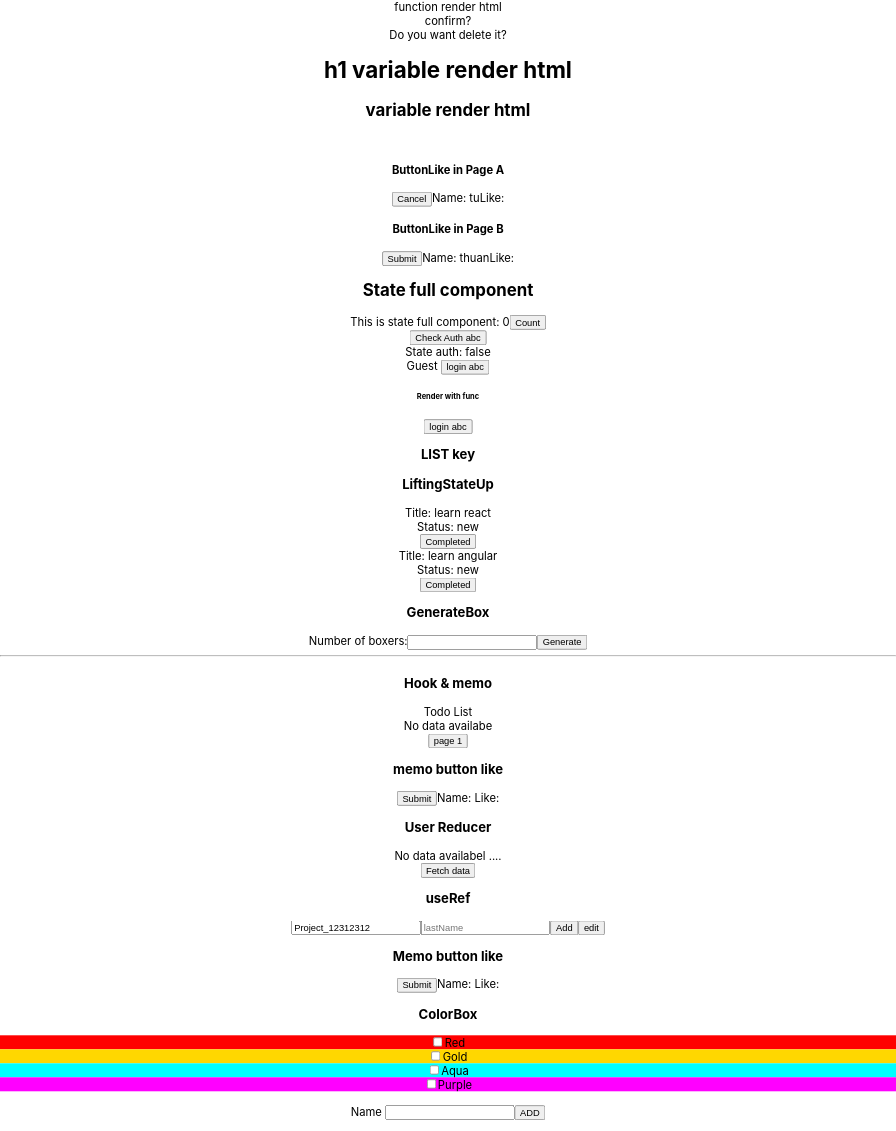
Repository: HoangTu18/reactjs-exercise
Page: /
The author's editor kept a copy of each file at every save. The page is drawn from the files as they stood at one save, then again after the next save.
The browser window is 1280 px wide. The pictures show the part of the page from y = 0 to 1920 px (the page is 1616 px tall before and 5048 px after), at 70% of full size.
The page's requests for data from a server got no answer. The project was rebuilt for these pictures with package versions that can differ from the ones it lists, and the page was loaded fresh each time. No one was signed in, and anything a server would have sent is missing. Also part of the build but not shown: src/pages/StateObject.jsx, src/components/GenerateBox/GenerateBoxItem.jsx.

Above is the page before, as saved 2022-06-15 15:35:16.

### src/App.js
import "./App.css";
import ButtonLike from "./components/ButtonLike";
import TitleSimple from "./components/TitleSimple";
import StateFullComponent from "./components/StateFullComponent";
import StateObject from "./pages/StateObject";
import ConditionalRender from "./pages/conditionalRender";
import LiftingStateUp from "./exercise/LiftingStateUp";
import GenerateBox from "./exercise/GenerateBox";
import Hook from "./pages/Hook";
import UserReduer from "./pages/UserReduer";
import UseRef from "./components/useRef";
import MoviesForm from "./components/movieForm";
import ColorBox from "./exercise/ColorBox/ColorBox";

function App() {
  const isLoading = true;
  // varible render html
  const ele1 = (
    <div>
      <h1>h1 variable render html</h1>
      <h2> variable render html</h2>
    </div>
  );
  return (
    <div className="App">
      <div>function render html</div>
      {isLoading ? <TitleSimple /> : "123"}
      {ele1}
      <br />
      <h4> ButtonLike in Page A</h4>
      <ButtonLike
        text="Cancel"
        type="button"
        className="buttonA"
        onClick={() => {
          console.log("buttonA");
        }}
        name="tu"
      />
      <h4> ButtonLike in Page B</h4>
      <ButtonLike
        type="submit"
        className="buttonB"
        onClick={() => {
          console.log("buttonB");
        }}
        name="thuan"
      />
      <h2>State full component</h2>
      <StateFullComponent />
      {/* <StateObject />
       */}
      <ConditionalRender />
      <h3>LiftingStateUp</h3>
      <LiftingStateUp />
      <h3>GenerateBox</h3>
      <GenerateBox />
      <h3>Hook & memo</h3>
      <Hook />
      <h3>User Reducer</h3>
      <UserReduer />
      <h3>useRef</h3>
      <UseRef />
      <h3>Memo button like</h3>
      <ButtonLike />
      <h3>ColorBox</h3>
      <ColorBox />
      <h3 />
      <MoviesForm />
    </div>
  );
}

export default App;

### src/components/ButtonLike.jsx
import React from "react";

ButtonLike.propTypes = {};

function ButtonLike({ text = "Submit", name, todoItem, like, ...props }) {
  return (
    <div className="container">
      <button {...props}>{text}</button>
      Name: {name}
      {todoItem && (
        <div>
          <h6>Todo item</h6>
          Todo title: {todoItem?.title}
          Todo price: {todoItem?.price}
        </div>
      )}
      Like: {like}
      <br />
    </div>
  );
}

export default ButtonLike;

### src/components/TitleSimple.jsx
import React from "react";

TitleSimple.propTypes = {};

function TitleSimple(props) {
  return (
    <div>
      confirm? <br />
      Do you want delete it?
    </div>
  );
}

export default TitleSimple;

### src/components/StateFullComponent.jsx
import React from "react";

StateFullComponent.propTypes = {};

function StateFullComponent(props) {
  const [count, setCount] = React.useState(0);
  return (
    <div>
      This is state full component: {count}
      <button
        type="button"
        onClick={() => {
          setCount((prevState) => prevState + 1);
        }}
      >
        Count
      </button>
    </div>
  );
}

export default StateFullComponent;

### src/pages/conditionalRender.jsx
import React, { Fragment, useState } from "react";
import ButtonSimple from "../components/ButtonSimple";

function ConditionalRender() {
  const [todos, setTodos] = useState([
    {
      id: 1,
      title: "react",
    },
    {
      id: 2,
      title: "angular",
    },
  ]);
  const [isAuth, setIsAuth] = useState(false);
  let button = null;
  if (isAuth) {
    button = <ButtonSimple text="logout" />;
  } else {
    button = <ButtonSimple text="login" />;
  }

  function renderButtonLogin() {
    return <ButtonSimple text="login" />;
  }
  function renderButtonLogout() {
    return <ButtonSimple text="logout" />;
  }
  function renderButton() {
    return <div>{isAuth ? renderButtonLogout() : renderButtonLogin()}</div>;
  }

  function handleDeleteTodo(TodoId) {
    const todoIndex = todos.findIndex((todo) => todo.id === TodoId);
    const newTodo = [...todos];
    newTodo.splice(todoIndex, 1);
    console.log(TodoId);
  }

  return (
    <div>
      {/* {array.length > 0 &&
        array.map((item) => {
          return <div key={item}>This is item</div>;
        })} */}
      <ButtonSimple
        text="Check Auth"
        onClick={() => setIsAuth((prevState) => !prevState)}
      />
      <br />
      State auth: {isAuth.toString()}
      {isAuth ? <div>welcome to {button}</div> : <div>Guest {button}</div>}
      <h6>Render with func</h6>
      {isAuth ? renderButtonLogout() : renderButtonLogin()}
      <h3>LIST key</h3>
      {todos.length > 0 ? (
        <>
          {todos.map((todo) => {
            <Fragment key={todo.id}>
              Id: {todo.id} <br />
              title: {todo.title}
              <button type="button" onClick={() => handleDeleteTodo(todo.id)}>
                Delete
              </button>
            </Fragment>;
          })}
        </>
      ) : null}
    </div>
  );
}

export default ConditionalRender;

### src/exercise/LiftingStateUp.jsx
import React, { useState } from "react";
import TodoList from "../components/TodoList";

function LiftingStateUp() {
  const [todos, setTodos] = useState([
    {
      id: 1,
      title: "learn react",
      status: "new",
    },
    {
      id: 2,
      title: "learn angular",
      status: "new",
    },
  ]);
  function handleCompletedTodo(todoId) {
    console.log("handleCompletedTodo: ", todoId);
  }
  return (
    <div>
      <TodoList todos={todos} handleCompletedTodo={handleCompletedTodo} />
    </div>
  );
}

export default LiftingStateUp;

### src/exercise/GenerateBox.jsx
import React, { useState, useRef } from "react";
import GenerateBoxList from "../components/GenerateBox/GenerateBoxList";

function GenerateBox(props) {
  const input = useRef(null);
  let [count, setCount] = useState(0);
  let [boxs, setBoxs] = useState([]);
  function handleGenerate() {
    let tempArr = [...boxs];
    let tempCount = count;
    if (input.current.value <= 0) {
      return alert("please enter for box");
    }
    if (input.current.value > 127) {
      return alert("very box");
    }
    if (input.current.value <= 127) {
      for (let i = 1; i <= input.current.value; i++) {
        tempArr.push({ id: tempCount++ });
      }
    }

    setBoxs(tempArr);
    setCount(tempCount);
  }

  // function handleCount() {}
  return (
    <div>
      <div>
        Number of boxers:
        <input type="number" ref={input} />
        <button onClick={() => handleGenerate()}>Generate</button>
        <hr />
      </div>
      <GenerateBoxList boxs={boxs} />
    </div>
  );
}

export default GenerateBox;

### src/pages/Hook.jsx
import React, { useEffect, useState } from "react";
import ButtonLike from "../components/ButtonLike";
function Hook() {
  const [todos, setTodos] = useState([]);
  const [page, setPage] = useState(1);

  useEffect(() => {
    fetch(`https://jsonplaceholder.typicode.com/todos?_page=${page}&_limit=10`)
      .then((res) => res.json())
      .then((data) => setTodos(data));
  }, [page]);

  useEffect(() => {
    console.log("useEffect 2");
  }, []);

  return (
    <div>
      Todo List
      {todos.length > 0 ? (
        <>
          {todos.map((todo) => (
            <div key={todo.id}>
              id: {todo.id} <br />
              title: {todo.title} <br />
            </div>
          ))}
        </>
      ) : (
        <div>No data availabe</div>
      )}
      <button
        type="button"
        onClick={() => {
          setPage((prevState) => prevState + 1);
        }}
      >
        page {page}
      </button>
      <h3>memo button like</h3>
      <ButtonLike />
    </div>
  );
}

export default Hook;

### src/pages/UserReduer.jsx
import React, { useReducer } from "react";

// initialState
const initialState = {
  isLoading: false,
  todos: [],
  isError: false,
};

// actions
function setIsLoading(isLoading) {
  return {
    type: "SET_IS_LOADING",
    payload: isLoading,
  };
}

function setIsError(isError) {
  return {
    type: "SET_IS_ERROR",
    payload: isError,
  };
}

function setTodos(data) {
  return {
    type: "SET_TODO",
    payload: data,
  };
}

// reducer
function reducer(state = initialState, { type, payload }) {
  switch (type) {
    case "SET_IS_LOADING": {
      return {
        ...state,
        isLoading: payload,
      };
    }
    case "SET_IS_ERROR": {
      return {
        ...state,
        isError: payload,
      };
    }
    case "SET_TODO": {
      return {
        ...state,
        todos: payload,
      };
    }
    default:
      return state;
  }
}
function UserReduer() {
  // state
  const [{ isLoading, isError, todos }, dispatch] = useReducer(
    reducer,
    initialState
  );

  // actions
  async function handleFetchData() {
    dispatch(setIsLoading(true));
    dispatch(setIsError(false));
    try {
      const res = await fetch(
        "https://tony-json-server.herokuapp.com/api/todos"
      );
      const data = await res.json();
      dispatch(setTodos(data.data));
    } catch (error) {
      dispatch(setIsError(true));
    }
    dispatch(setIsLoading(false));
  }

  // view
  if (isLoading) return <div>Loading ....</div>;
  if (isError) return <div>Something error ....</div>;
  return (
    <div>
      {todos.length === 0 ? (
        <div>
          No data availabel .... <br />
        </div>
      ) : (
        <>
          {todos.map((todo, index) => (
            <div key={index}>
              ID: {todo.id} <br />
              Title: {todo.title}
            </div>
          ))}
        </>
      )}
      <button type="button" onClick={handleFetchData}>
        Fetch data
      </button>
    </div>
  );
}

export default UserReduer;

### src/components/useRef.jsx
import React, { useEffect, useRef, useState } from "react";

function UseRef(props) {
  // states
  const [firstName, setFirstName] = useState("Project_12312312");

  const firstNameRef = useRef(null);
  const [isFlag, setIsFlag] = useState(false);
  const firstRenderRef = useRef(null);

  let lastNameJs = "truong";
  // useEffect
  useEffect(() => {
    if (firstRenderRef.current) {
      firstRenderRef.current = false;
      lastNameJs = "tu";
      console.log("after run ");
      return
    }
  }, [isFlag]);
  // refs

  function onSubmit() {
    console.log("ref: ", firstNameRef.current);
    firstNameRef.current.focus();
  }

  function onEdit() {
    firstNameRef.current.focus();
    // console.log("klength: ", firstNameRef.length);
    firstNameRef.current.setSelectionRange(
      0,
      firstNameRef.current.value.length
    );
  }

  function onChangeFirstName(e) {
    setFirstName(e.target.value);
  }
  return (
    <div>
      <input
        ref={firstNameRef}
        type="text"
        placeholder="firstName"
        value={firstName}
        onChange={onChangeFirstName}
      />
      <input type="text" placeholder="lastName" />
      <button type="button" onClick={onSubmit}>
        Add
      </button>
      <button type="button" onClick={onEdit}>
        edit
      </button>
    </div>
  );
}

export default UseRef;

### src/components/movieForm.jsx
import React from "react";

const MoviesForm = () => {
  const [name, setName] = React.useState("");
  const [movies, setMovies] = React.useState([]);
  const handleChange = (e) => {
    setName(e.target.value);
  };
  const createMovie = () => {
    if (name.trim().length !== 0) {
      movies.push(name);
    } else {
      alert("No movie's name");
    }
  };

  return (
    <div>
      Name <input type="text" onChange={handleChange} />
      <button type="button" onClick={createMovie}>
        ADD
      </button>
      <ul>
        {movies.map((movie, index) => (
          <li key={index}>{movie}</li>
        ))}
      </ul>
    </div>
  );
};

export default MoviesForm;

### src/exercise/ColorBox/ColorBox.jsx
import { useState } from "react";

function ColorBox(props) {
  const [color, setColor] = useState({
    red: "#ff0000",
    gold: "#ffd700",
    cyan: "#00ffff",
    magenta: "#ff00ff",
  });
  const [checked, setChecked] = useState("");
  const onChange = (e, color) => {
    setChecked(color);
    if (
      (e.target.checked && color === "red") ||
      color === "gold" ||
      color === "cyan" ||
      color === "magenta"
    ) {
      setColor({
        red: color,
        gold: color,
        cyan: color,
        magenta: color,
      });
    } else {
      setChecked("");
      setColor({
        red: "#ff0000",
        gold: "#ffd700",
        cyan: "#00ffff",
        magenta: "#ff00ff",
      });
    }
  };
  return (
    <div className="container">
      <div style={{ background: color["red"] }}>
        <input
          type="checkbox"
          name="color"
          checked={checked === "red"}
          onChange={(e) => onChange(e, "red")}
        />
        Red
      </div>
      <div style={{ background: color["gold"] }}>
        <input
          type="checkbox"
          name="color"
          checked={checked === "gold"}
          onChange={(e) => onChange(e, "gold")}
        />
        Gold
      </div>
      <div style={{ background: color["cyan"] }}>
        <input
          type="checkbox"
          name="color"
          checked={checked === "cyan"}
          onChange={(e) => onChange(e, "cyan")}
        />
        Aqua
      </div>
      <div style={{ background: color["magenta"] }}>
        <input
          type="checkbox"
          name="color"
          checked={checked === "magenta"}
          onChange={(e) => onChange(e, "magenta")}
        />
        Purple
      </div>
    </div>
  );
}

export default ColorBox;

### src/components/ButtonSimple.jsx
import React from "react";
import styles from "./buttonSimple.module.css";
function ButtonSimple({ text = "Submit", type = "button", ...props }) {
  return (
    <button type={type} className={styles.buttonSimple} {...props}>
      {text} abc
    </button>
  );
}

export default ButtonSimple;

### src/components/TodoList.jsx
import React from "react";
import TodoItem from "./TodoItem";

function TodoList({ todos, handleCompletedTodo }) {
  return (
    <div>
      {todos.map((todo) => (
        <TodoItem todo={todo} handleCompletedTodo={handleCompletedTodo} />
      ))}
    </div>
  );
}

export default TodoList;

### src/components/GenerateBox/GenerateBoxList.jsx
import React from "react";
import GenerateBoxItem from "./GenerateBoxItem";

function GenerateBoxList({ boxs  }) {
  return (
    <div style={{ display: "flex", flexWrap: "wrap" }}>
      {boxs.map((boxs) => (
        <GenerateBoxItem boxs={boxs} />
      ))}
    </div>
  );
}

export default GenerateBoxList;

### src/components/TodoItem.jsx
import React from "react";

function TodoItem({ todo, handleCompletedTodo }) {
  console.log("todo item:", todo);
  return (
    <div>
      Title: {todo.title} <br />
      Status: {todo.status} <br />
      <button type="button" onClick={() => handleCompletedTodo(todo.id)}>
        Completed
      </button>
    </div>
  );
}

export default TodoItem;

### src/exercise/ColorBox/colorBox.css
.container {
  font-family: sans-serif;
  height: 100vh;
  display: grid;
  grid-template-columns: auto auto;
  place-content: center;
}

.container > div {
  height: 100px;
  width: 100px;
  line-height: 100px;
  text-align: center;
  border: 1px solid black;
  position: relative;
}
.red {
  background: red;
}
.gold {
  background: gold;
}
.cyan {
  background: aqua;
}
.magenta {
  background: magenta;
}

input {
  position: absolute;
  top: 0;
  left: 0;
  width: 100px;
  height: 100px;
  margin: 0;
  opacity: 0;
}

Loaded but not shown: public/index.html (common file); src/index.js (common file); src/index.css (common file); src/reportWebVitals.js (common file); src/App.css (common file); src/components/buttonSimple.module.css (no stored copy; drawn as an empty file)

After the next save:
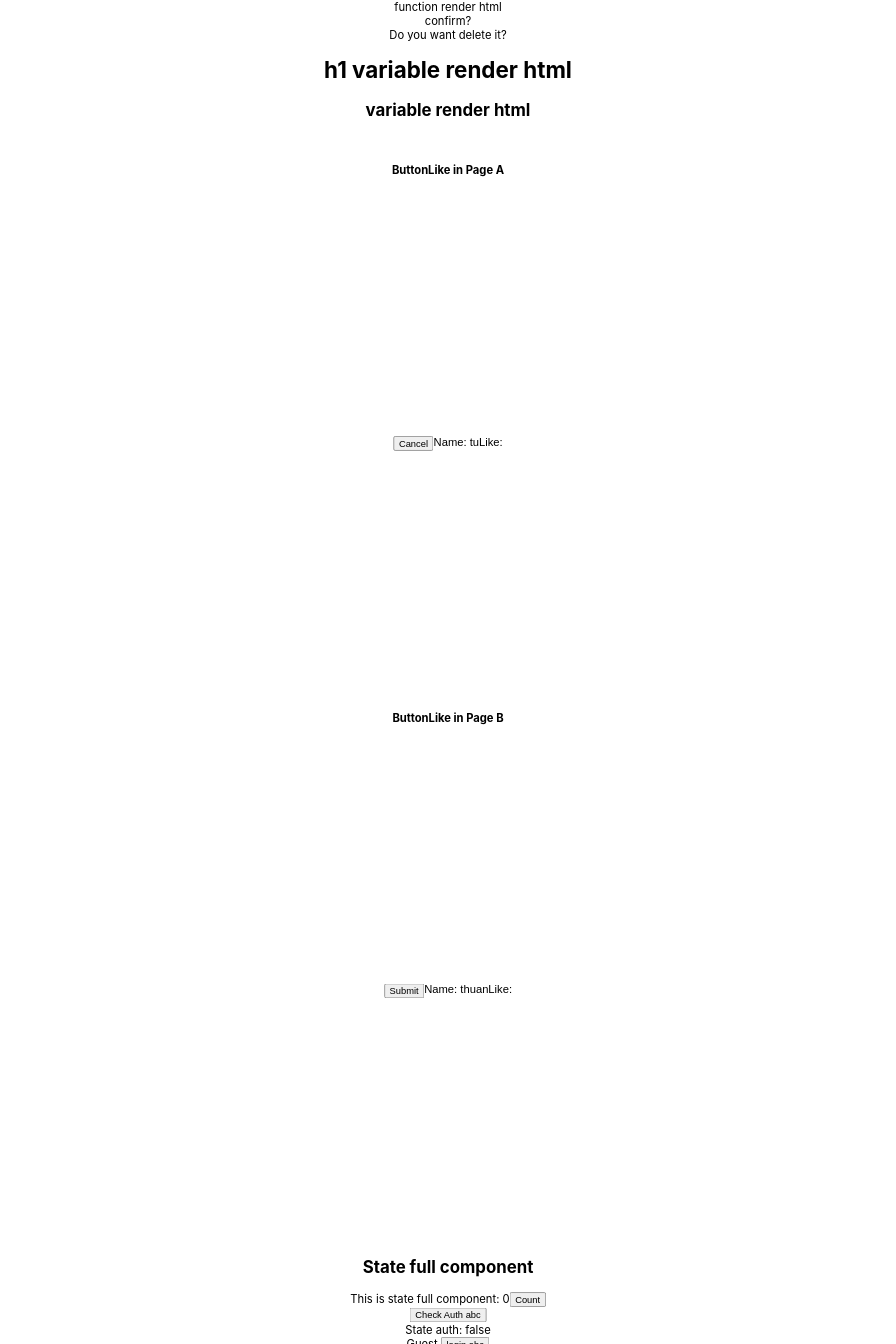
Saved 42 s later.
--- a/src/exercise/ColorBox/ColorBox.jsx
+++ b/src/exercise/ColorBox/ColorBox.jsx
@@ -1,5 +1,5 @@
 import { useState } from "react";
-
+import "./colorBox.css";
 function ColorBox(props) {
   const [color, setColor] = useState({
     red: "#ff0000",

After the save that followed:
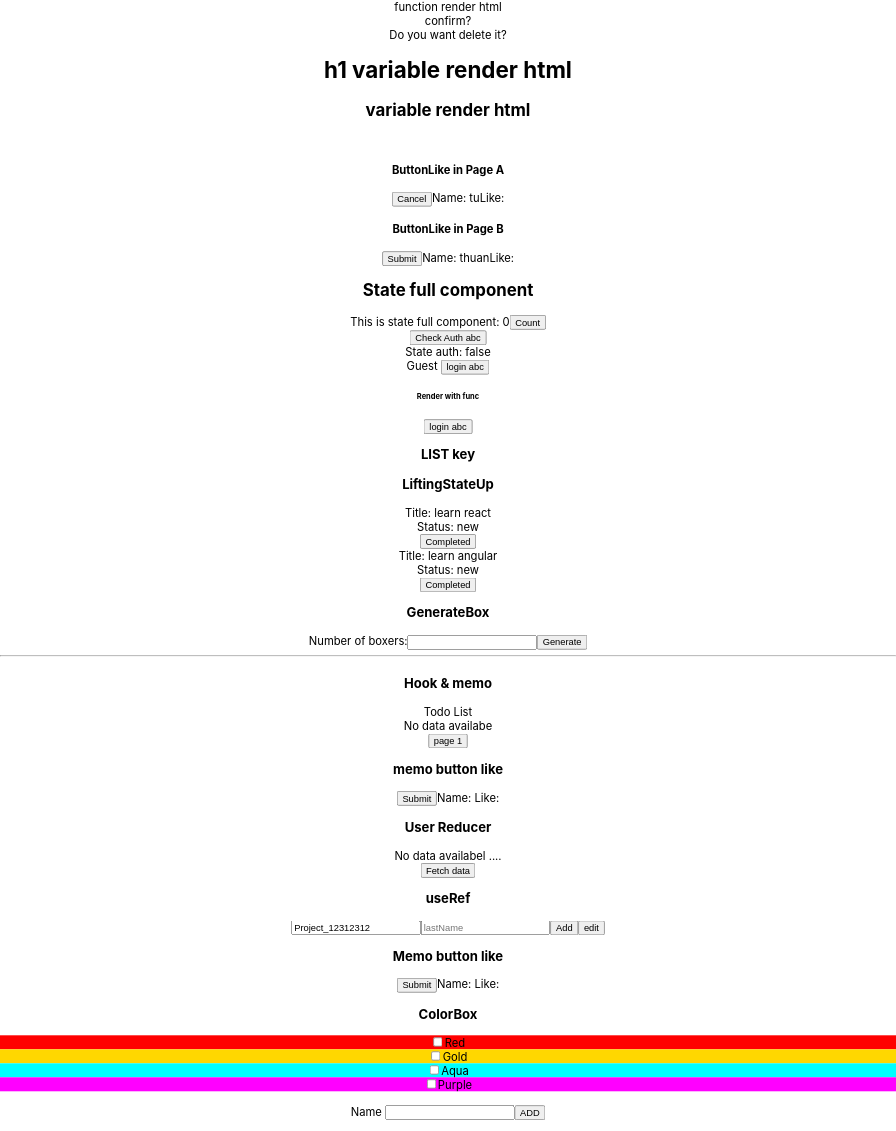
Saved 51 s later.
--- a/src/exercise/ColorBox/ColorBox.jsx
+++ b/src/exercise/ColorBox/ColorBox.jsx
@@ -1,5 +1,5 @@
 import { useState } from "react";
-import "./colorBox.css";
+// import "./colorBox.css";
 function ColorBox(props) {
   const [color, setColor] = useState({
     red: "#ff0000",
